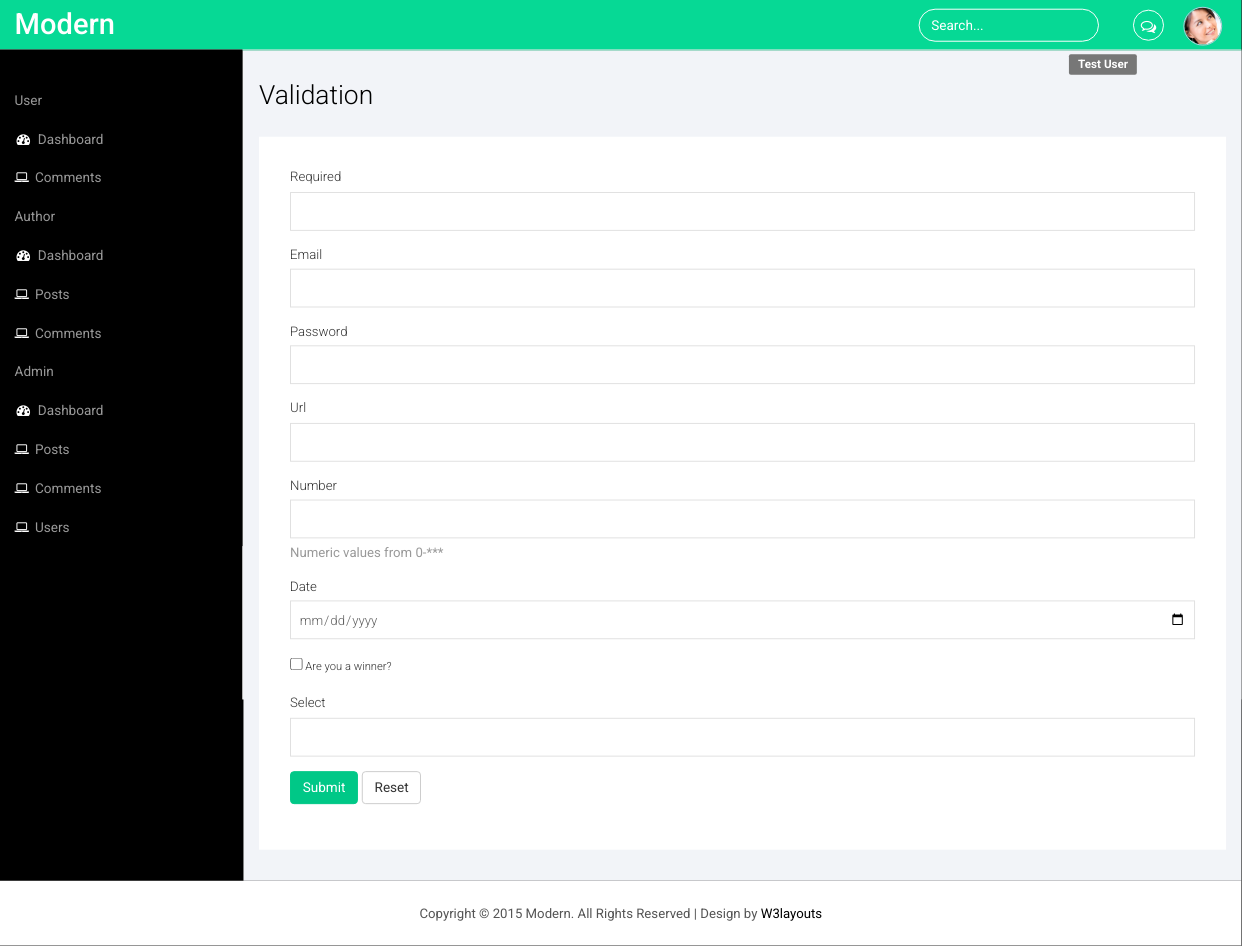
Repository: NomanMustafa/laravel-blog
Page: http://localhost/user/profile
The author's editor kept a copy of each file at every save. The page is drawn from the files as they stood at one save, then again after the next save.
The browser window is 1280 px wide. The pictures show the whole page, at 97% of full size.
The page is served by the project's Laravel application, run on PHP 8.4 with Laravel 8. A made-up administrator, Test User (test@example.com), is signed in.

Above is the page before, as saved 2020-07-06 00:47:06.
Console error (its wording comes from the project's code and is left out).

After the next save:
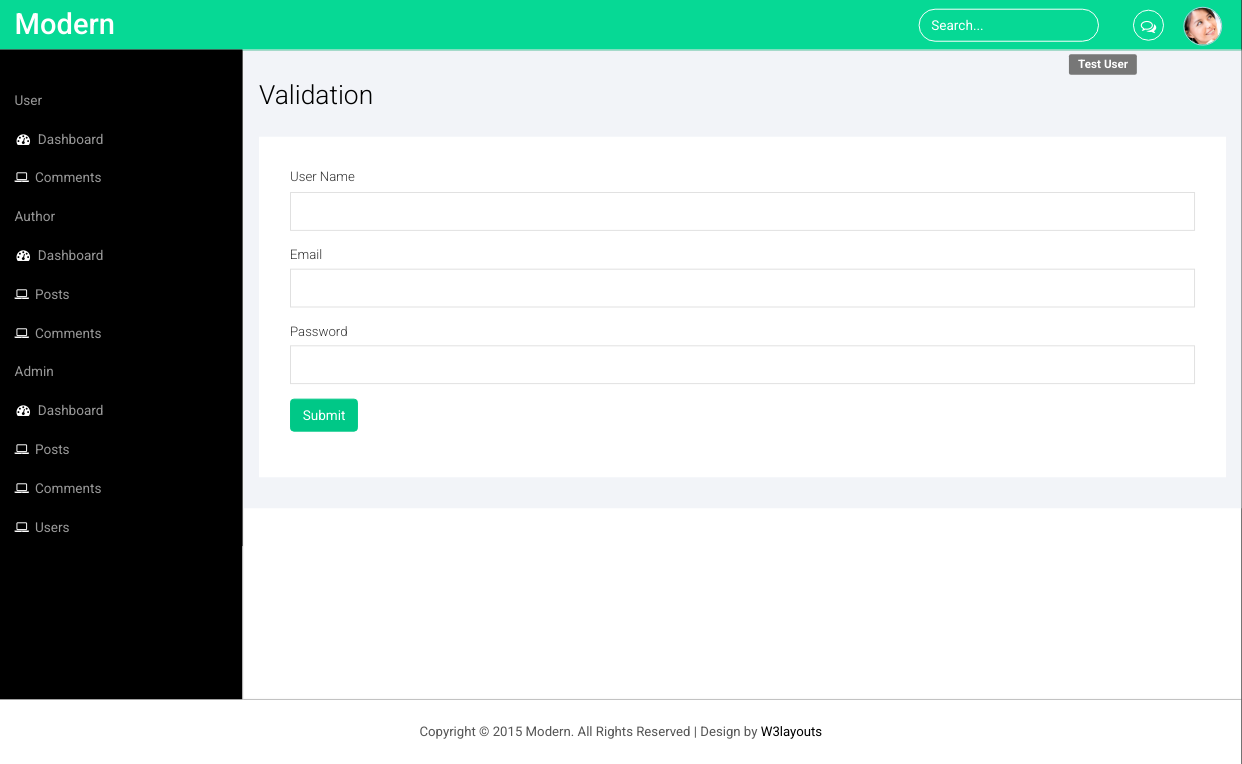
Saved 2 min 38 s later.
--- a/resources/views/user/profile.blade.php
+++ b/resources/views/user/profile.blade.php
@@ -10,7 +10,7 @@
         <form class="form-floating ng-pristine ng-invalid ng-invalid-required ng-valid-email ng-valid-url ng-valid-pattern" novalidate="novalidate" ng-submit="submit()">
           <fieldset>
             <div class="form-group">
-              <label class="control-label">Required</label>
+              <label class="control-label">User Name</label>
               <input type="text" class="form-control1 ng-invalid ng-invalid-required ng-touched" ng-model="model.name" required="">
             </div>
             <div class="form-group">
@@ -21,41 +21,14 @@
               <label class="control-label">Password</label>
               <input type="password" class="form-control1 ng-invalid ng-invalid-required ng-touched" ng-model="model.password" required="">
             </div>
-            <div class="form-group">
-              <label class="control-label">Url</label>
-              <input type="url" class="form-control1 ng-invalid ng-valid-url ng-invalid-required ng-touched" ng-model="model.url" required="">
-            </div>
-            <div class="form-group">
-              <label class="control-label">Number</label>
-              <input type="text" class="form-control1 ng-invalid ng-invalid-required ng-valid-pattern ng-touched" ng-model="model.number" ng-pattern="/[0-9]/" required="">
-              <p class="help-block hint-block">Numeric values from 0-***</p>
-            </div>
-            <div class="form-group">
-              <label class="control-label normal">Date</label>
-              <input type="date" class="form-control1 ng-invalid ng-invalid-required" ng-model="model.date" required="">
-            </div>
-            <div class="form-group">
-              <div class="checkbox1">
-                <label>
-                  <input type="checkbox" ng-model="model.winner" required="" class="ng-invalid ng-invalid-required">
-                  Are you a winner?
-                </label>
-              </div>
-            </div>
-            <div class="form-group filled">
-              <label class="control-label">Select</label>
-              <select class="form-control1 ng-invalid ng-invalid-required" ng-model="model.select" required=""><option value="? undefined:undefined ?"></option>
-                <option value="Select a pirate">Select a pirate</option>
-                <option value="Monkey D. Luffy">Monkey D. Luffy</option>
-                <option value="Roronoa Zoro">Roronoa Zoro</option>
-                <option value="Tony Tony Chopper">Tony Tony Chopper</option>
-                <option value="Nico Robin">Nico Robin</option>
-                <option value="Bon Clay">Bon Clay</option>
-              </select>
-            </div>
+
+
+
+
+
             <div class="form-group">
               <button type="submit" class="btn btn-primary">Submit</button>
-              <button type="reset" class="btn btn-default">Reset</button>
+
             </div>
           </fieldset>
         </form>
